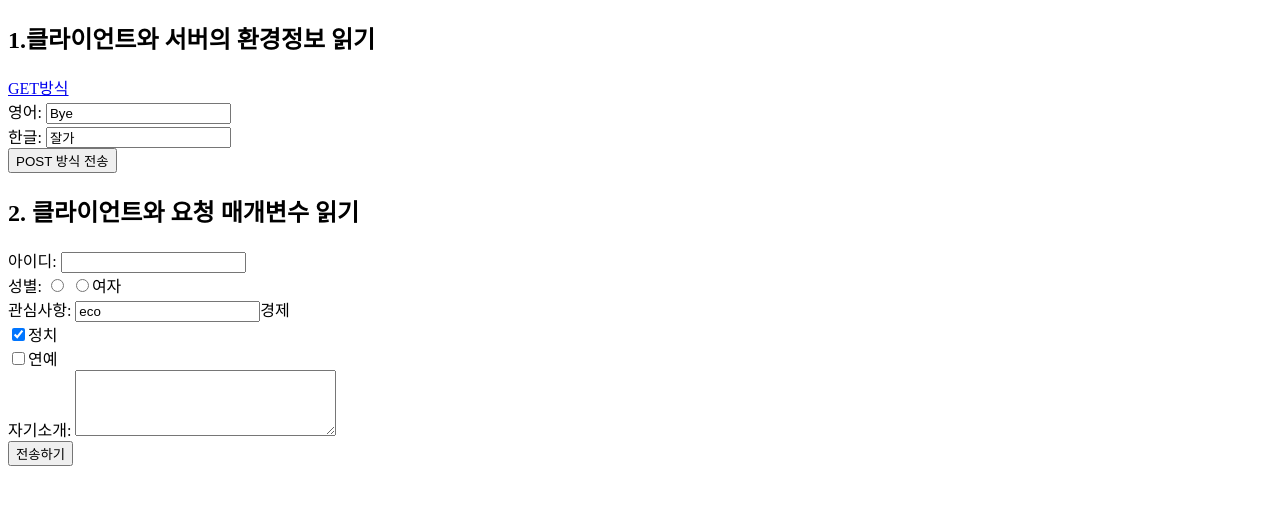
Repository: taein0714/jsp202408
Page: http://localhost/Proj0822/ex0102/requestMain.jsp
An editor plug-in stored every save of this project. The page is shown before and after the next save, followed by the edit.
The browser window is 1280 px wide. The pictures show the whole page.
The page is served by Tomcat 9.

Above is the page before, as saved 2024-08-22 05:22:22.

After the next save:
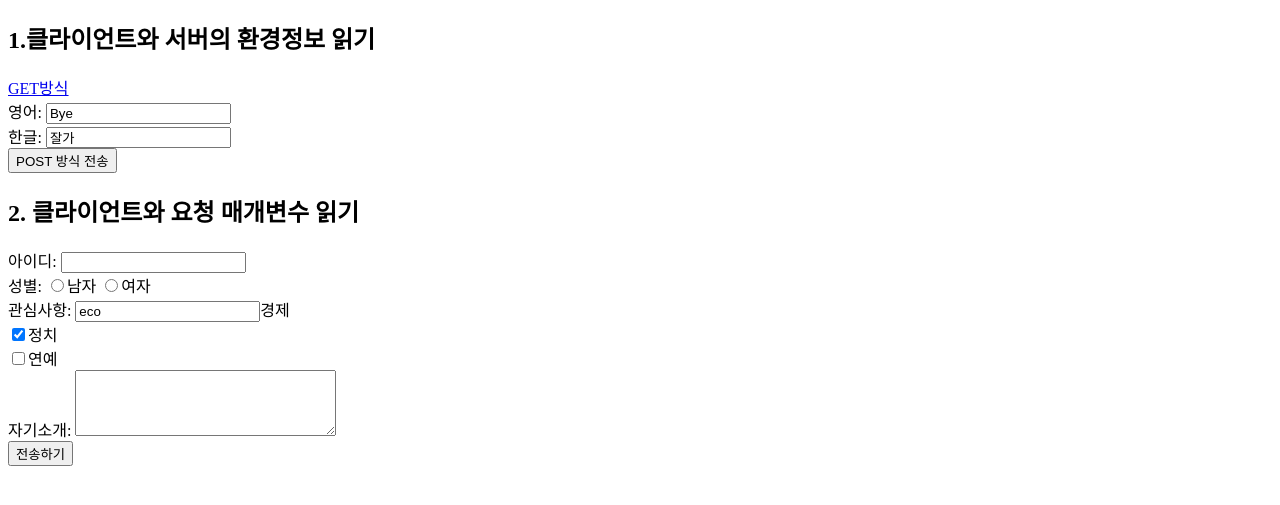
Saved 25 s later.
--- a/ex0822/Proj0822/src/main/webapp/ex0102/requestMain.jsp
+++ b/ex0822/Proj0822/src/main/webapp/ex0102/requestMain.jsp
@@ -20,7 +20,7 @@
 	<h2>2. 클라이언트와 요청 매개변수 읽기</h2>
 	<form action="./requestParameter.jsp" method="post">
 		아이디: <input type="text" name="id" value=""><br>
-		성별: <input type="radio" name="sex" value="man">
+		성별: <input type="radio" name="sex" value="man">남자
 		<input type="radio" name="sex" value="woman">여자<br>
 		관심사항: <input type="text" name="favo" value="eco">경제<br>
 		<input type="checkbox" name="favo" value="pol" checked="checked">정치<br>
